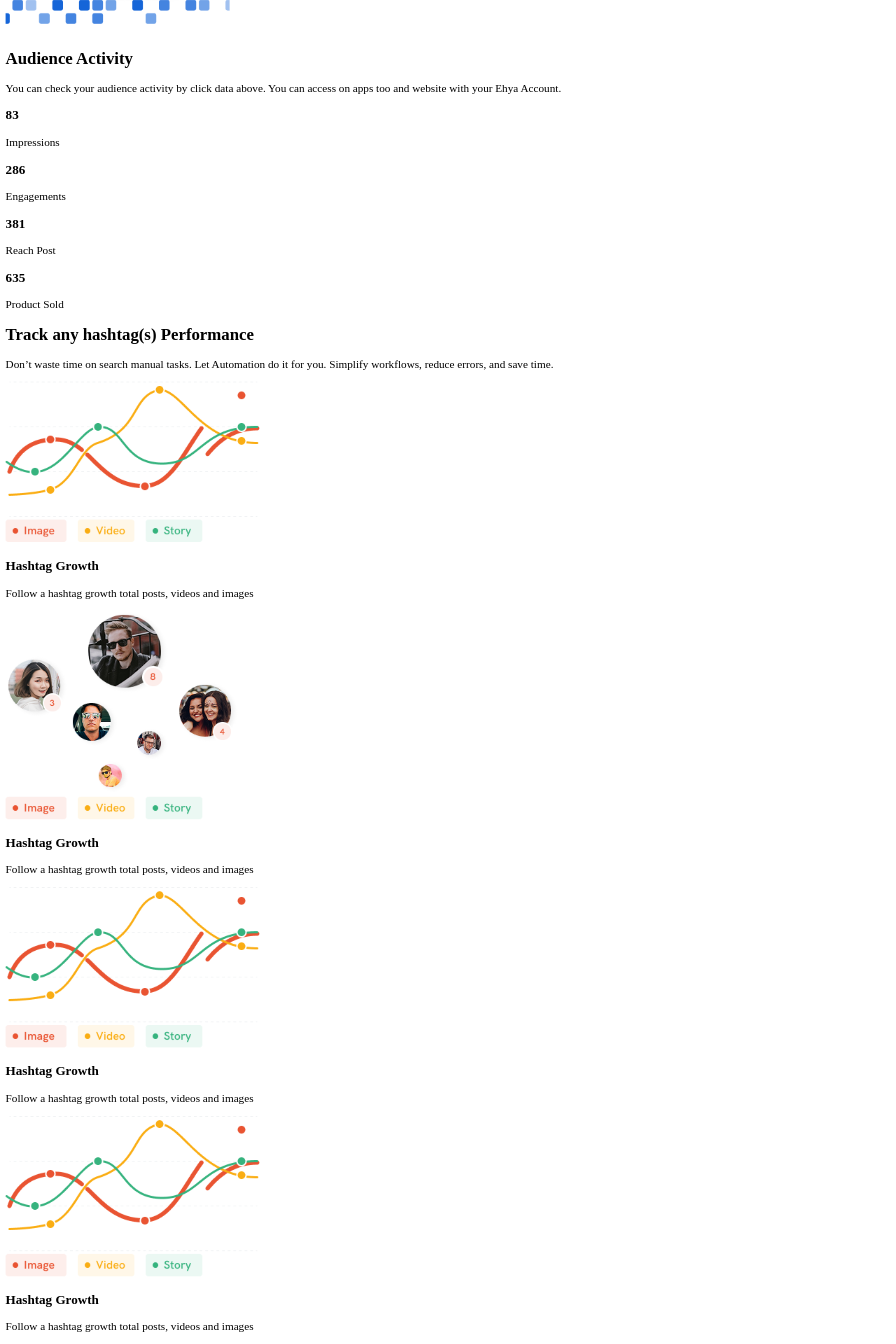
Repository: Eduardo-Tamborelli-Ferreira-lino/FrontEnd
Page: projetos/Prova-CSS/index.html
The author's editor kept a copy of each file at every save. The page is drawn from the files as they stood at one save, then again after the next save.
The browser window is 1280 px wide. The pictures show the part of the page from y = 1556 to 3476 px (the page is 3476 px tall before and 3440 px after), at 70% of full size.

Above is the page before, as saved 2026-03-12 10:01:14.

After the next save:
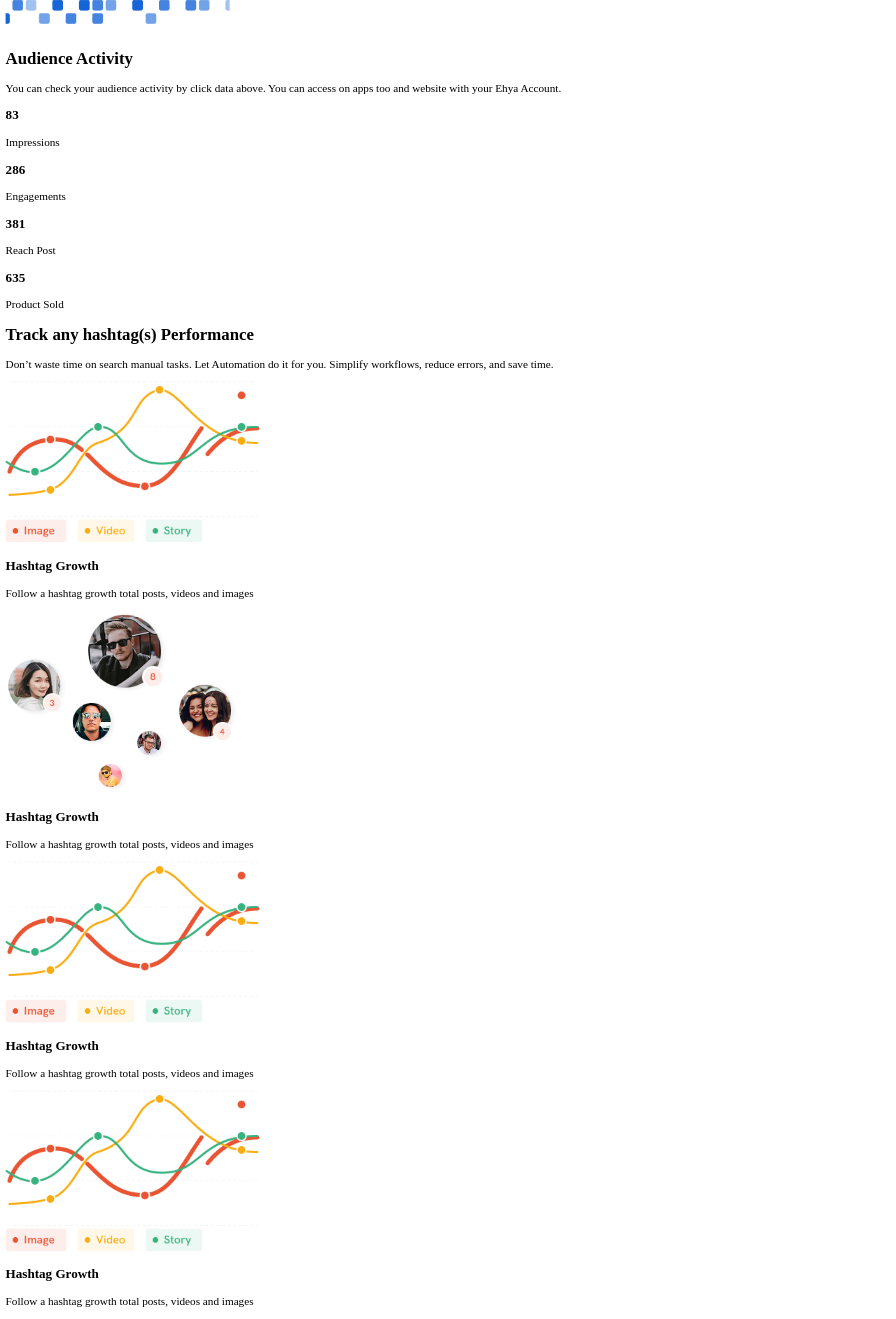
Saved 8 s later.
--- a/projetos/Prova-CSS/index.html
+++ b/projetos/Prova-CSS/index.html
@@ -246,6 +246,22 @@
                         <img src="./Image/Main/Track-card/Influencers.png"
                         alt="Influencers by hashtag">
                     </div>
+                    <div class="card-title">
+                        <h3>
+                            Hashtag Growth
+                        </h3>
+                    </div>
+                    <div class="card-subtitle">
+                        <p>
+                            Follow a hashtag growth total posts, videos
+                            and images
+                        </p>
+                    </div>
+                </div>
+                <div class="track-card">
+                    <div id="card-graph">
+                        <img src="./Image/Main/Track-card/Graph-card.png" alt="Graph of hashtag Growth">
+                    </div>
                     <div id="Graph-description">
                         <img src="./Image/Main/Track-card/Graph-information.png"
                             alt="Description of each line in the graph">
@@ -282,26 +298,6 @@
                         </p>
                     </div>
                 </div>
-                <div class="track-card">
-                    <div id="card-graph">
-                        <img src="./Image/Main/Track-card/Graph-card.png" alt="Graph of hashtag Growth">
-                    </div>
-                    <div id="Graph-description">
-                        <img src="./Image/Main/Track-card/Graph-information.png"
-                            alt="Description of each line in the graph">
-                    </div>
-                    <div class="card-title">
-                        <h3>
-                            Hashtag Growth
-                        </h3>
-                    </div>
-                    <div class="card-subtitle">
-                        <p>
-                            Follow a hashtag growth total posts, videos
-                            and images
-                        </p>
-                    </div>
-                </div>
             </div>
 
         </section>
